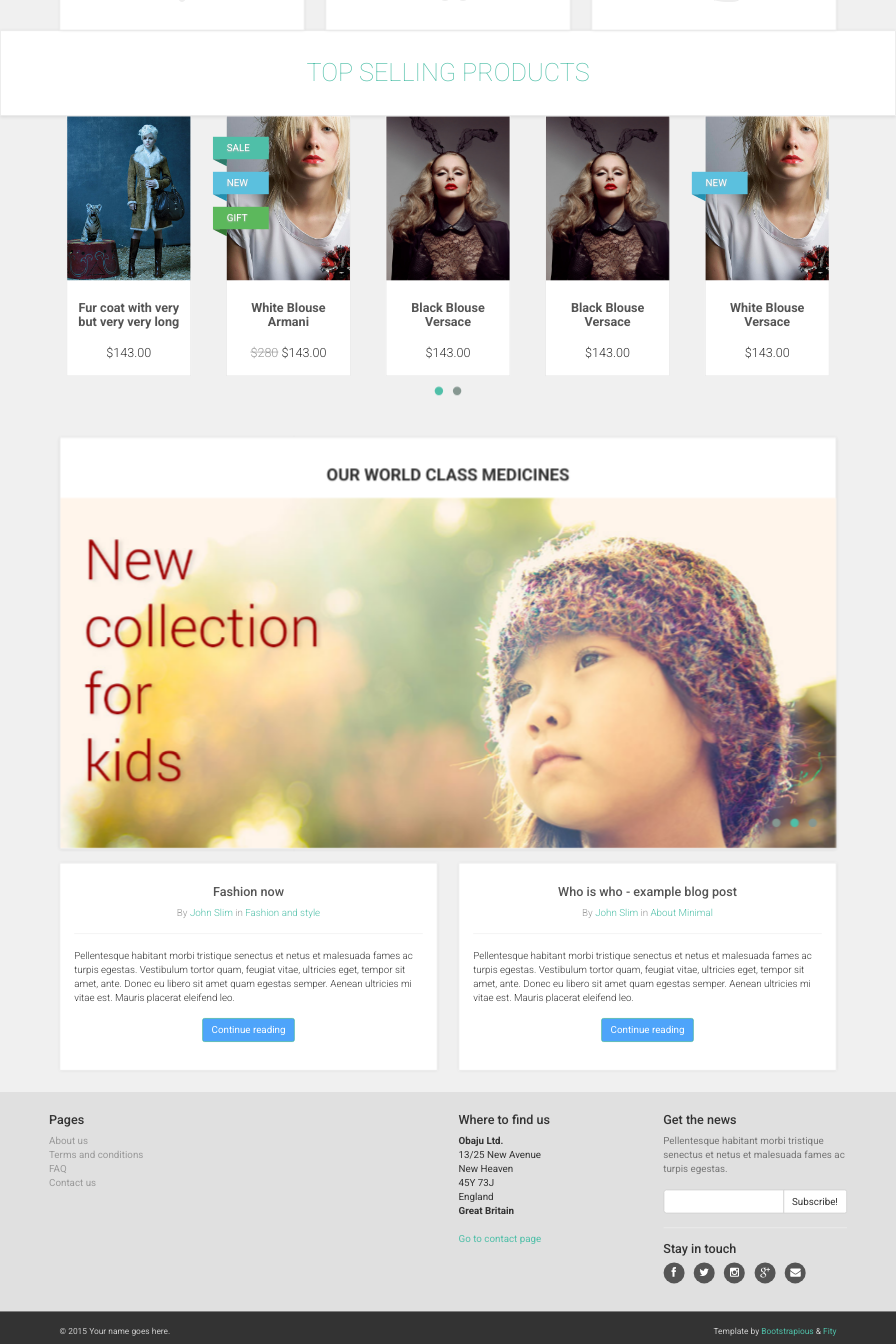
Repository: Sagnikb9/JavaDevops-Ecommerce
Page: http://localhost/MedioxyPharm/
The author's editor kept a copy of each file at every save. The page is drawn from the files as they stood at one save, then again after the next save.
The browser window is 1280 px wide. The pictures show the part of the page from y = 919 to 2839 px (the page is 2849 px tall), at 70% of full size.
The page is served by Tomcat 9.

Above is the page before, as saved 2017-10-01 12:41:08.

After the next save:
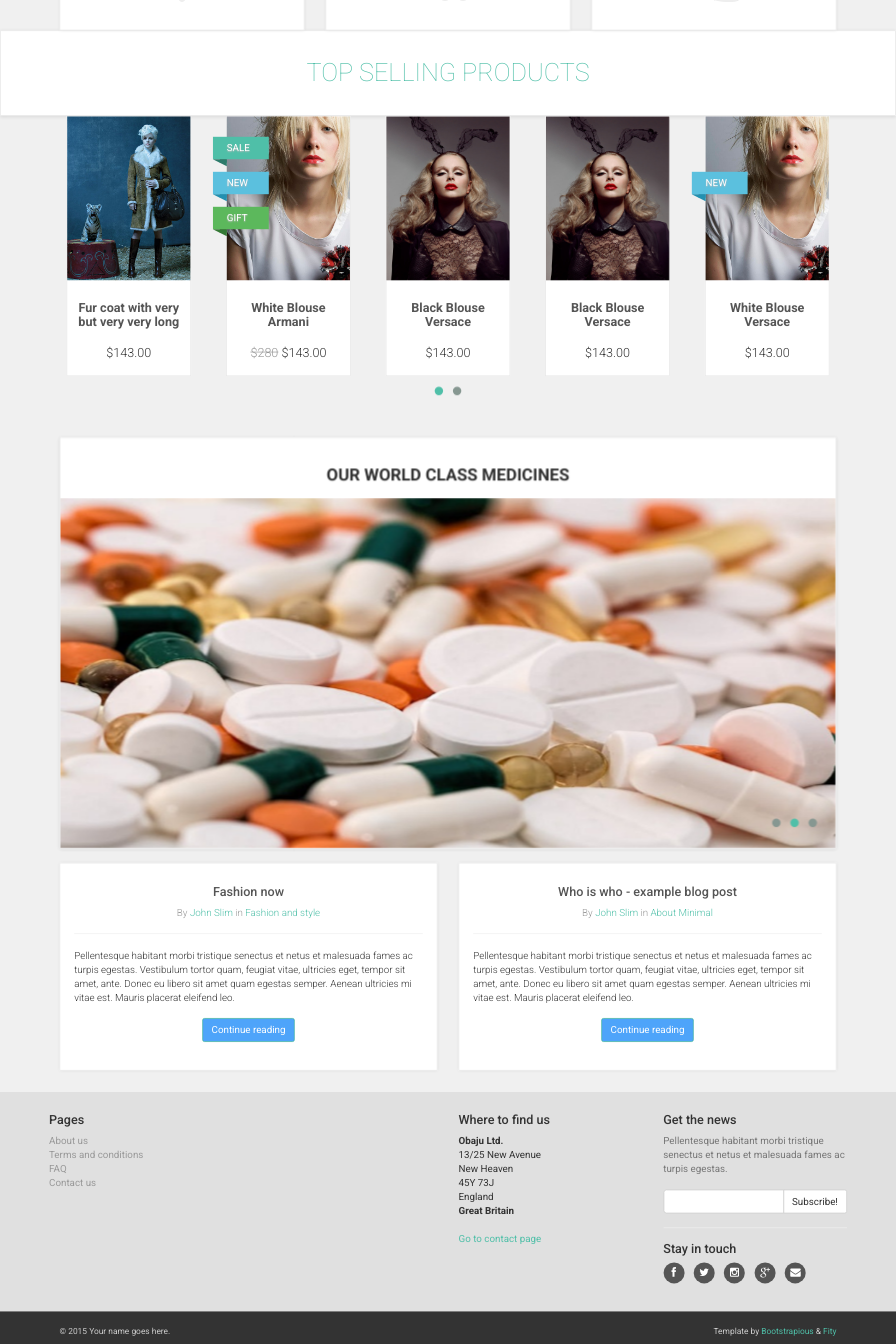
Saved 31 s later.
--- a/MedioxyPharm/src/main/webapp/index.jsp
+++ b/MedioxyPharm/src/main/webapp/index.jsp
@@ -387,7 +387,7 @@
                             </div>
                             <div class="item">
                                 <a href="#">
-                                    <img src="img/getinspired2.jpg" alt="Get inspired" class="img-responsive">
+                                    <img src="img/med2.jpeg" alt="Get inspired" class="img-responsive">
                                 </a>
                             </div>
                             <div class="item">
